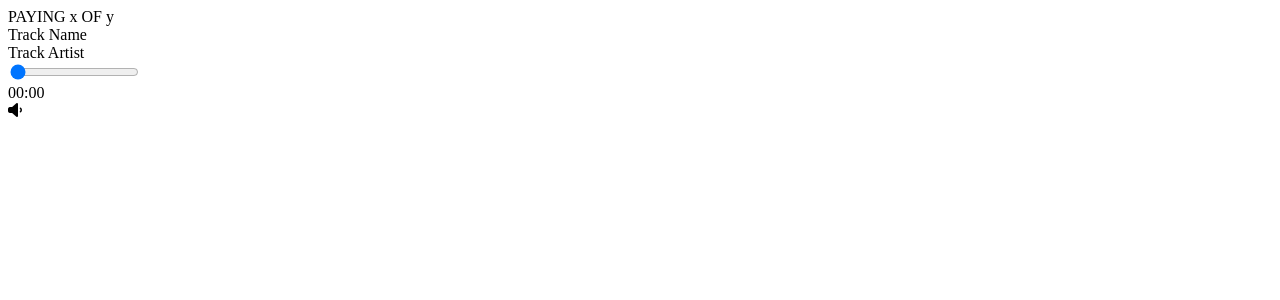
Repository: NguyenVietPhuQuy/Javascript-AudioPlayer
Page: index.html
The author's editor kept a copy of each file at every save. The page is drawn from the files as they stood at one save, then again after the next save.
The browser window is 1280 px wide. The pictures show the whole page.

Above is the page before, as saved 2022-11-09 08:06:21.

After the next save:
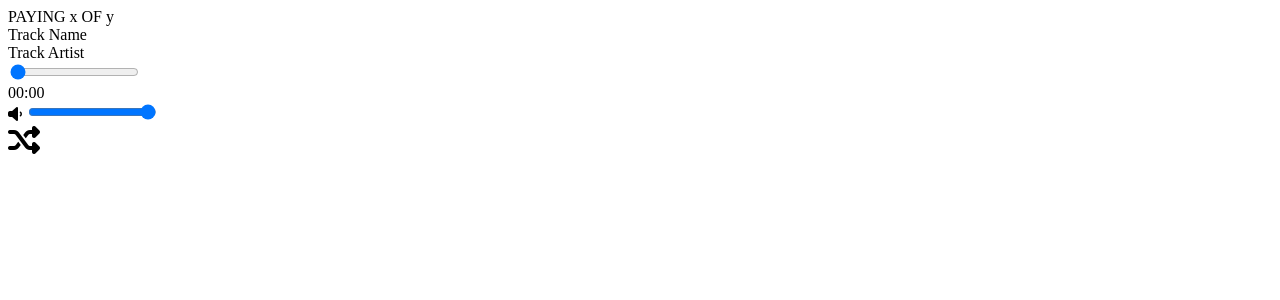
Saved 2 min 46 s later.
--- a/index.html
+++ b/index.html
@@ -18,6 +18,7 @@
                 <div class="track-name">Track Name</div>
                 <div class="track-artist">Track Artist</div>
             </div>
+
             <div class="slider_container">
                 <div class="current-time"></div>
                 <input type="range" min="1" max="100" value="0"
@@ -27,6 +28,14 @@
 
             <div class="slider_container">
                 <i class="fa fa-volume-down"></i>
+                <input type="range" min="1" max="100" value="99"
+                class="volume_slider" onchange="setVolume()">
+            </div>
+
+            <div class="buttons">
+                <div class="random-track">
+                    <i class="fas fa-random fa-2x" title="random"></i>
+                </div>
             </div>
         </div>
     </div>
